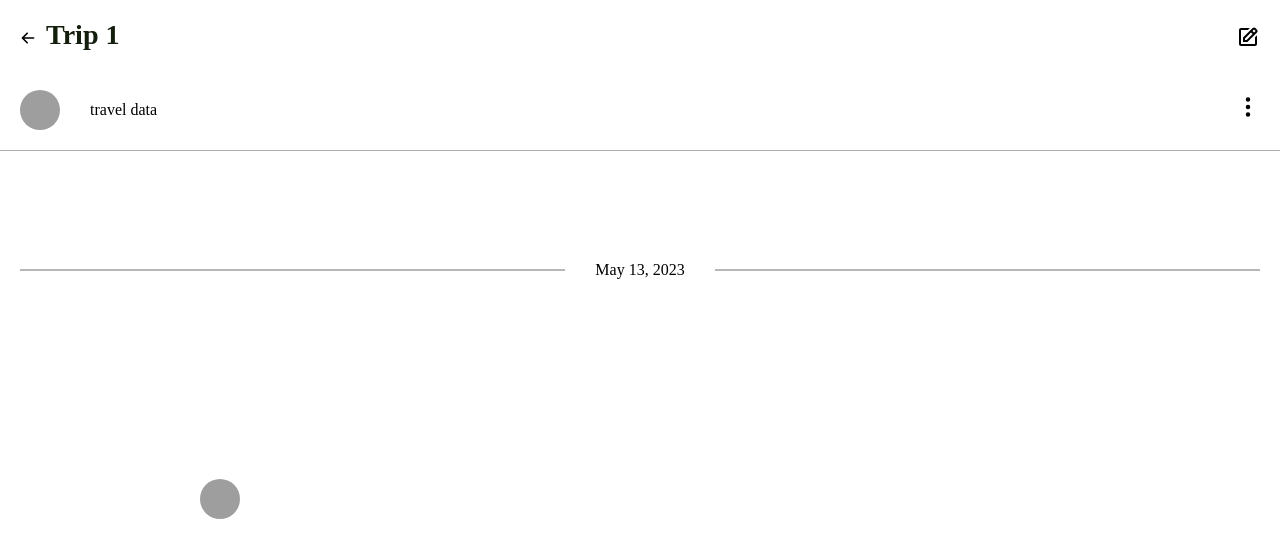
Repository: Abhi2359/PWA_Corider
Page: /
An editor plug-in stored every save of this project. The page is shown before and after the next save, followed by the edit.
The browser window is 1280 px wide. The pictures show the whole page.
Pictures or frames that could not be fetched are drawn as grey boxes. The page's requests for data from a server got no answer. The project was rebuilt for these pictures with package versions that can differ from the ones it lists, and the page was loaded fresh each time. No one was signed in, and anything a server would have sent is missing. Also part of the build but not shown: vite.config.js.

Above is the page before, as saved 2023-05-13 03:08:04.

After the next save:
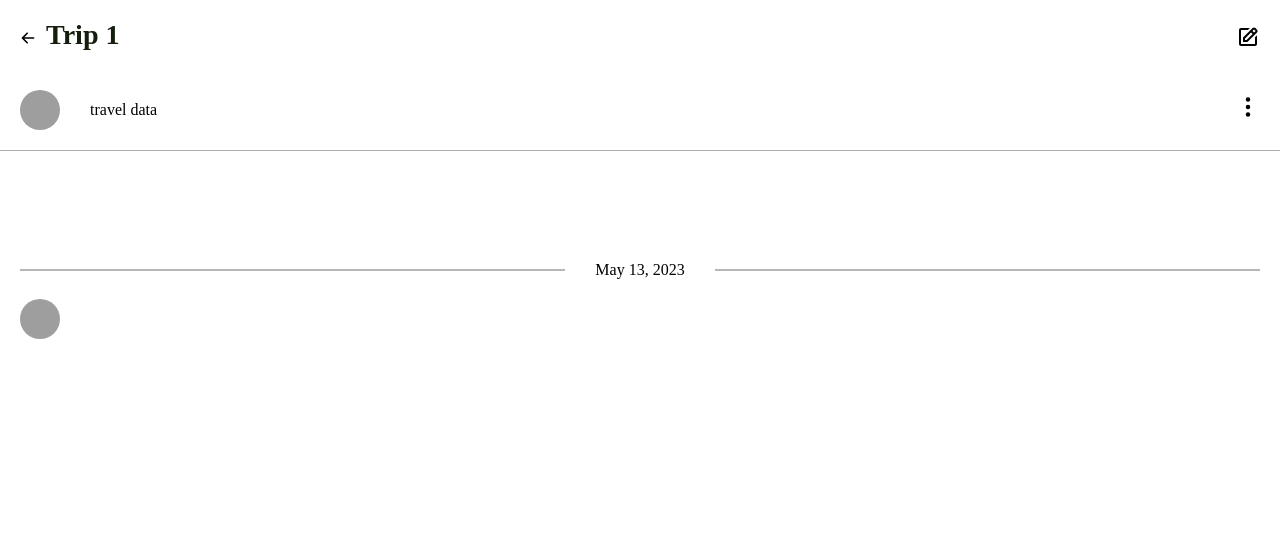
Saved 5 s later.
--- a/src/Chat.css
+++ b/src/Chat.css
@@ -1,5 +1,5 @@
 .user_chat{
-    padding: 200px;
+    padding: 20px;
 }
 
 
